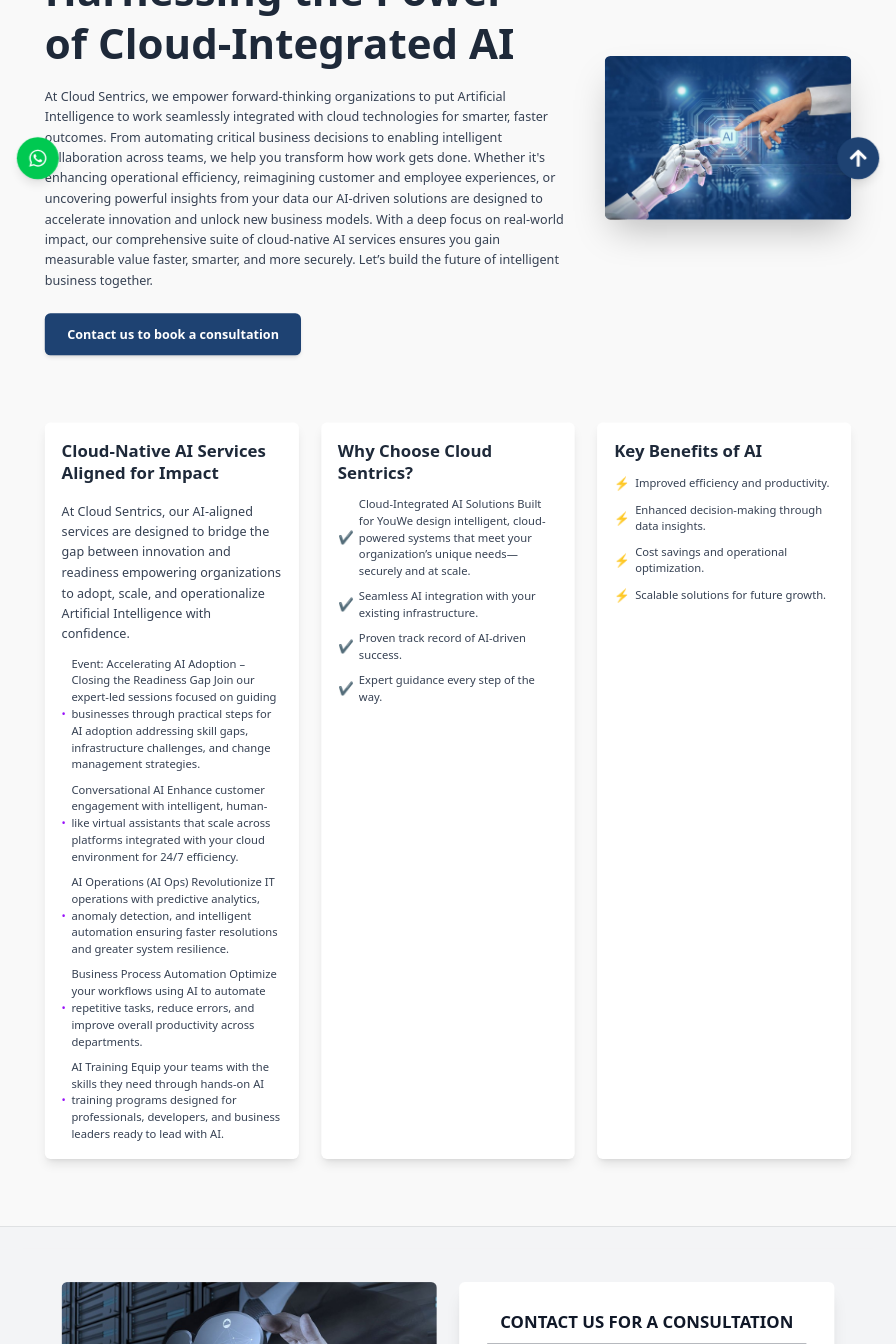
Repository: chykesure/cloudsentrics_
Page: /ai
An editor plug-in stored every save of this project. The page is shown before and after a run of saves, followed by the edit.
The browser window is 1280 px wide. The pictures show the part of the page from y = 432 to 2352 px (the page is 4520 px tall), at 70% of full size.
The page's requests for data from a server got no answer. The project was rebuilt for these pictures with package versions that can differ from the ones it lists, and the page was loaded fresh each time. No one was signed in, and anything a server would have sent is missing. Also part of the build but not shown: vite.config.js, src/pages/Header.jsx, src/pages/Footer.jsx, src/pages/students/Reviews.jsx, src/pages/students/Testimony.jsx, src/pages/students/TestimonyLanding.jsx, src/pages/LandingPage.jsx, src/pages/students/Header.jsx and 41 more.

Above is the page before, as saved 2025-04-09 20:19:30.

### src/index.css
@import "tailwindcss";

@keyframes zoomInOut {
    0% {
        transform: scale(1);
    }
    100% {
        transform: scale(1.1);
    }
}

.zoom-animation {
    animation: zoomInOut 5s infinite alternate ease-in-out;

}

### src/App.jsx
import { BrowserRouter as Router, Routes, Route } from "react-router-dom";
import LandingPage from "./pages/LandingPage";
import StudentPage from "./pages/students/StudentPage";
import AboutUs from "./pages/students/AboutUs/AboutUs";
import "./App.css";
import AWS from "./pages/students/courses/AWS";
import DevSecOps from "./pages/students/courses/DevSecOps";
import AZURE from "./pages/students/courses/AZURE";
import Blogs from "./pages/students/blogs/Blogs";
import EventsPage from "./pages/students/events/EventsPage";
import FloatsButtons from "./pages/FloatsButtons";
import PartnerPage from "./pages/partners/home/PartnerPage";
import Ai from "./pages/partners/menu/ai";
import CloudSecurity from "./pages/partners/menu/cloudsecurity";
import IOT from "./pages/partners/menu/iot";
import Technology from "./pages/partners/menu/technology";
import Workplace from "./pages/partners/menu/workplace";
import InsightMenu from "./pages/partners/main_menu/insight";
import NewsPage from "./pages/partners/main_menu/news";
import CaseStudy from "./pages/partners/main_menu/casestudy";
import AboutCloud from "./pages/partners/main_menu/aboutus";
import Careers from "./pages/partners/main_menu/careers";
import ContactUs from "./pages/partners/main_menu/contact";

function App() {
  return (
    <Router>
      <div className="flex flex-col min-h-screen">
        {/* Floating Buttons will always be visible */}
        <FloatsButtons />

        <div className="flex-grow pt-20"> {/* Adjust padding-top based on header height */}
          <Routes>

            {/* Student Section */}
            <Route path="/" element={<LandingPage />} />
            <Route path="/StudentPage" element={<StudentPage />} />
            <Route path="/about" element={<AboutUs />} />
            <Route path="/courses/AWS" element={<AWS />} />
            <Route path="/courses/Azure" element={<AZURE />} />
            <Route path="/courses/DevSecOps" element={<DevSecOps />} />
            <Route path="/blog" element={<Blogs />} />
            <Route path="/events" element={<EventsPage />} />

            {/* The Partner Section */}
            <Route path="/PartnerPage" element={<PartnerPage />} />
            <Route path="/ai" element={<Ai />} />
            <Route path="/cloud-security" element={<CloudSecurity />} />
            <Route path="/iot" element={<IOT />} />
            <Route path="/technology" element={<Technology />} />
            <Route path="/modern-workplace" element={<Workplace />} />
            <Route path="/insights" element={<InsightMenu />} />
            <Route path="/news" element={<NewsPage />} />
            <Route path="/case-studies" element={<CaseStudy />} />
            <Route path="/about-cloudsentrics" element={<AboutCloud />} />
            <Route path="/careers" element={<Careers />} />
            <Route path="/contact" element={<ContactUs />} />
          </Routes>
        </div>
      </div>
    </Router>
  );
}

export default App;

### src/pages/FloatsButtons.jsx
import { FaWhatsapp, FaArrowUp } from "react-icons/fa";
import { motion } from "framer-motion";

const FloatsButtons = () => {
    const scrollToTop = () => {
        window.scrollTo({ top: 0, behavior: "smooth" });
    };

    return (
        <>
            {/* Floating WhatsApp Button (Left) */}
            <motion.a
                href="https://wa.me/message/62QVNSESZ56FC1"
                target="_blank"
                rel="noopener noreferrer"
                className="fixed bottom-6 left-6 bg-green-500 text-white p-4 rounded-full shadow-lg flex items-center justify-center z-50"
                title="Chat with us on WhatsApp"
                animate={{ y: [0, -10, 0] }}
                transition={{ duration: 1.5, repeat: Infinity, repeatType: "reverse", ease: "easeInOut" }}
                whileHover={{ scale: 1.2 }}
            >
                <FaWhatsapp size={28} />
            </motion.a>

            {/* Floating Back to Top Button (Right) */}
            <motion.button
                onClick={scrollToTop}
                className="fixed bottom-6 right-6 bg-[#1e4272] text-white p-4 rounded-full shadow-lg flex items-center justify-center z-50"
                title="Back to Top"
                animate={{ y: [0, -10, 0] }}
                transition={{ duration: 1.5, repeat: Infinity, repeatType: "reverse", ease: "easeInOut" }}
                whileHover={{ scale: 1.2 }}
            >
                <FaArrowUp size={28} />
            </motion.button>
        </>
    );
};

export default FloatsButtons;

### src/pages/partners/menu/ai.jsx
import React from "react";
import Header from "../Header";
import { motion } from "framer-motion";
import { Link } from "react-router-dom";
import FormsPage from "./forms";
import RelatedServices from "./services";
import Footer from "../home/Footer";

const logo = "/assets/logo.jpg";
const aibg = "/assets/ai.jpg";

const Ai = () => {
    return (
        <div className="min-h-screen bg-[#0d1b2a] text-white">
            {/* Header Section */}
            <div className="flex justify-center px-6 md:px-12 py-6 bg-white shadow-lg w-full h-28 md:h-32 lg:h-40">
                <div className="flex items-center justify-between w-full max-w-[1200px] mx-auto h-full">

                    {/* Left: Logo and Branding - Fully Left-Aligned */}
                    <div className="absolute left-0 flex items-center w-auto h-full">
                        <Link to="/PartnerPage">
                            <img
                                src={logo}
                                alt="Cloudsentrics Logo"
                                className="h-20 md:h-28 lg:h-34 w-auto ml-9 transition-all duration-300"
                            />
                        </Link>
                    </div>

                    {/* Right: Navigation Menu - Centered */}
                    <motion.div
                        className="hidden md:flex flex-grow justify-center items-center space-x-6 lg:space-x-10 text-lg md:text-xl font-bold text-[#1e1e1e] tracking-wide h-full"
                        initial={{ opacity: 0, y: -10 }}
                        animate={{ opacity: 1, y: 0 }}
                        transition={{ duration: 0.6, ease: "easeOut" }}
                    >
                        {[
                            { label: "AI", path: "/ai" },
                            { label: "CLOUD & SECURITY", path: "/cloud-security" },
                            { label: "IOT", path: "/iot" },
                            { label: "MODERN WORKPLACE", path: "/modern-workplace" },
                            { label: "TECHNOLOGY", path: "/technology" }
                        ].map((item, index) => (
                            <Link key={index} to={item.path}>
                                <motion.span
                                    className="cursor-pointer transition-all duration-300 hover:text-blue-600 hover:scale-105 whitespace-nowrap"
                                    whileHover={{ scale: 1.1 }}
                                >
                                    {item.label}
                                </motion.span>
                            </Link>
                        ))}
                    </motion.div>

                </div>
            </div>



            <Header />

            {/* AI Section */}
            <section className="bg-[#f9f9f9] px-6 md:px-16 py-16 lg:py-24 grid grid-cols-1 lg:grid-cols-3 gap-12">
                {/* Left Text Content */}
                <div className="lg:col-span-2 animate__animated animate__fadeIn flex-shrink-0 space-y-6">
                    {/* Heading Section */}
                    <div className="text-center lg:text-left">
                        <h3 className="text-lg font-medium text-gray-500 uppercase tracking-wide">Artificial Intelligence</h3>
                        <h1 className="text-4xl md:text-5xl lg:text-6xl font-bold leading-tight mt-4 text-gray-800">
                            Harnessing the Power <br />  of Cloud-Integrated AI
                        </h1>
                    </div>

                    {/* Paragraph Content */}
                    <p className="text-lg text-gray-700 mt-6 leading-relaxed">
                        At Cloud Sentrics, we empower forward-thinking organizations to put Artificial Intelligence to work seamlessly integrated with cloud technologies for smarter, faster outcomes.

                        From automating critical business decisions to enabling intelligent collaboration across teams, we help you transform how work gets done. Whether it's enhancing operational efficiency, reimagining customer and employee experiences, or uncovering powerful insights from your data our AI-driven solutions are designed to accelerate innovation and unlock new business models.

                        With a deep focus on real-world impact, our comprehensive suite of cloud-native AI services ensures you gain measurable value faster, smarter, and more securely.

                        Let’s build the future of intelligent business together.
                    </p>

                    {/* Call to Action Button */}
                    <div className="flex justify-center lg:justify-start mt-8">
                        <a
                            href="#"
                            className="bg-[#1e4272] text-white text-center py-4 px-8 rounded-lg font-semibold text-lg shadow-md hover:bg-purple-800 hover:scale-105 transition duration-300 ease-in-out transform hover:translate-y-1 w-full md:w-auto"
                        >
                            Contact us to book a consultation
                        </a>
                    </div>
                </div>


                {/* Right AI Image */}
                <div className="lg:col-span-1 flex justify-center items-center flex-shrink-0">
                    <motion.img
                        src={aibg}
                        alt="AI Representation"
                        className="w-full max-w-lg rounded-lg shadow-2xl"
                        animate={{ y: [0, -10, 0] }}
                        transition={{ duration: 1.5, repeat: Infinity, ease: "easeInOut" }}
                    />
                </div>

                {/* Bottom Section */}
                <div className="lg:col-span-3 flex flex-col gap-6 w-full">

                    {/* Grid Content */}
                    <div className="grid grid-cols-1 md:grid-cols-2 lg:grid-cols-3 gap-8 mt-12 w-full">
                        {/* Aligned Services */}
                        <div className="bg-white p-6 rounded-lg shadow-lg border-gray-200 hover:scale-105 hover:shadow-xl flex-shrink-0 w-full">
                            <h4 className="text-2xl font-semibold text-gray-800">Cloud-Native AI Services Aligned for Impact</h4>
                            <p className="text-lg text-gray-700 mt-6 leading-relaxed">
                                At Cloud Sentrics, our AI-aligned services are designed to bridge the gap between innovation and readiness empowering organizations to adopt, scale, and operationalize Artificial Intelligence with confidence.
                            </p>
                            <ul className="mt-4 space-y-3 text-gray-700">
                                {[
                                    "Event: Accelerating AI Adoption – Closing the Readiness Gap Join our expert-led sessions focused on guiding businesses through practical steps for AI adoption addressing skill gaps, infrastructure challenges, and change management strategies.",
                                    "Conversational AI Enhance customer engagement with intelligent, human-like virtual assistants that scale across platforms integrated with your cloud environment for 24/7 efficiency.",
                                    "AI Operations (AI Ops) Revolutionize IT operations with predictive analytics, anomaly detection, and intelligent automation ensuring faster resolutions and greater system resilience.",
                                    "Business Process Automation Optimize your workflows using AI to automate repetitive tasks, reduce errors, and improve overall productivity across departments.",
                                    "AI Training Equip your teams with the skills they need through hands-on AI training programs designed for professionals, developers, and business leaders ready to lead with AI."
                                ].map((service, index) => (
                                    <li key={index} className="flex items-center space-x-2">
                                        <span className="text-purple-600">•</span>
                                        <span>{service}</span>
                                    </li>
                                ))}
                            </ul>
                        </div>

                        {/* Why Choose Us? */}
                        <div className="bg-white p-6 rounded-lg shadow-lg border-gray-200 hover:scale-105 hover:shadow-xl flex-shrink-0 w-full">
                            <h4 className="text-2xl font-semibold text-gray-800">Why Choose Cloud Sentrics?</h4>
                            <ul className="mt-4 space-y-3 text-gray-700">
                                {[
                                    "Cloud-Integrated AI Solutions Built for YouWe design intelligent, cloud-powered systems that meet your organization’s unique needs—securely and at scale.",
                                    "Seamless AI integration with your existing infrastructure.",
                                    "Proven track record of AI-driven success.",
                                    "Expert guidance every step of the way."
                                ].map((reason, index) => (
                                    <li key={index} className="flex items-center space-x-2">
                                        <span className="text-green-600 text-lg">✔</span>
                                        <span>{reason}</span>
                                    </li>
                                ))}
                            </ul>
                        </div>

                        {/* Key Benefits of AI */}
                        <div className="bg-white p-6 rounded-lg shadow-lg border-gray-200 hover:scale-105 hover:shadow-xl flex-shrink-0 w-full">
                            <h4 className="text-2xl font-semibold text-gray-800">Key Benefits of AI</h4>
                            <ul className="mt-4 space-y-3 text-gray-700">
                                {[
                                    "Improved efficiency and productivity.",
                                    "Enhanced decision-making through data insights.",
                                    "Cost savings and operational optimization.",
                                    "Scalable solutions for future growth."
                                ].map((benefit, index) => (
                                    <li key={index} className="flex items-center space-x-2">
                                        <span className="text-blue-600 text-lg">⚡</span>
                                        <span>{benefit}</span>
                                    </li>
                                ))}
                            </ul>
                        </div>
                    </div>
                </div>
            </section>

            <section className="px-4 sm:px-6 md:px-6 lg:px-8 py-8 bg-gray-100">
                <FormsPage />
            </section>

            <section className="px-4 sm:px-6 md:px-6 lg:px-8 py-8 bg-gray-100">
                <RelatedServices />
            </section>

            {/* Footer Section */}
            <section className="px-0 sm:px-0 md:px-0 lg:px-0 py-8 bg-gray-100 w-full">
                <Footer />
            </section>

        </div>
    );
};

export default Ai;

### src/pages/partners/home/Footer.jsx
import React from 'react';
import { FaLinkedin, FaXTwitter, FaInstagram } from 'react-icons/fa6';
import { Link } from 'react-router-dom';

function Footer() {
    return (
        <footer className="bg-white text-black py-6 border-t border-gray-300 text-sm w-full">
            <div className="w-full px-6 lg:px-12">
                {/* Main Footer Section */}
                <div className="flex flex-col md:flex-row justify-between items-center text-center md:text-left">
                    <h3 className="font-bold text-lg text-blue-900">Powering Cloud-Integrated Digital Transformation</h3>

                    {/* Social Icons */}
                    <div className="flex space-x-4 mt-4 md:mt-0">
                        <a href="https://www.linkedin.com/posts/cloud-sentrics_cloud-sentrics-linkedin-activity-7291379079860117505-ve54?utm_source=share&utm_medium=member_android" target="_blank" rel="noopener noreferrer" className="text-gray-600 hover:text-black">
                            <FaLinkedin size={20} />
                        </a>
                        <a href="https://x.com/CloudSentrics" target="_blank" rel="noopener noreferrer" className="text-gray-600 hover:text-black">
                            <FaXTwitter size={20} />
                        </a>
                        <a href="https://www.instagram.com/cloudsentrics/" target="_blank" rel="noopener noreferrer" className="text-gray-600 hover:text-black">
                            <FaInstagram size={20} />
                        </a>
                    </div>
                </div>

                {/* Footer Links */}
                <div className="mt-4 text-center md:text-left">
                    <p>© {new Date().getFullYear()} All rights reserved |
                        <Link to="#" className="ml-2 hover:text-blue-600">Privacy Notice</Link> |
                        <Link to="#" className="ml-2 hover:text-blue-600">Terms & Conditions</Link> |
                        <Link to="#" className="ml-2 hover:text-blue-600">Website T&Cs</Link> |
                        <Link to="#" className="ml-2 hover:text-blue-600">Cookies Policy</Link> |
                        <Link to="#" className="ml-2 hover:text-blue-600">Anti-Slavery Policy</Link> |
                        <Link to="#" className="ml-2 hover:text-blue-600">Sitemap</Link> |
                        <Link to="#" className="ml-2 hover:text-blue-600">Learn more</Link>
                    </p>
                </div>
            </div>
        </footer>
    );
}

export default Footer;

### src/pages/partners/menu/services.jsx
import React from "react";
import { motion } from "framer-motion";

const ai_trainning = "/assets/ai_trainning.jpg";
const ai_conversation = "/assets/ai_conversation.jpg";
const ai_ops = "/assets/ai_ops.jpg";
const bpa = "/assets/bpa.jpg";

const RelatedServices = () => {
    const services = [
        {
            title: "Conversational AI",
            description:
                "Boost engagement and productivity with a next generation customer experience",
            image: ai_conversation,
        },
        {
            title: "AI Ops",
            description:
                "Ensure resilience and prevent and resolve incidents with AIOps",
            image: ai_ops,
        },
        {
            title: "Business Process Automation",
            description:
                "Accelerate how work gets done and amplify digital efficiencies",
            image: bpa,
        },
        {
            title: "AI Training",
            description:
                "Discover the true business value of artificial intelligence",
            image: ai_trainning,
        },
    ];

    return (
        <section className="py-12 bg-gray-100">
            <div className="container mx-auto px-6 text-center">
                <h2 className="text-3xl font-bold text-gray-900 mb-6">
                    Related Services
                </h2>
                <div className="w-16 h-1 bg-blue-600 mx-auto mb-8"></div>
                <div className="grid grid-cols-1 md:grid-cols-2 lg:grid-cols-4 gap-8">
                    {services.map((service, index) => (
                        <motion.div
                            key={index}
                            className="relative bg-white rounded-lg shadow-lg overflow-hidden min-h-[400px]"
                            whileHover={{ scale: 1.05, y: -5 }}
                            transition={{ type: "spring", stiffness: 200, damping: 10 }}
                        >
                            <img
                                src={service.image}
                                alt={service.title}
                                className="w-full h-64 md:h-80 object-cover"
                            />
                            <div className="p-6">
                                <h3 className="text-xl font-semibold text-gray-800 mb-2">
                                    {service.title}
                                </h3>
                                <p className="text-gray-600">{service.description}</p>
                            </div>
                        </motion.div>
                    ))}
                </div>
            </div>
        </section>
    );
};

export default RelatedServices;

Loaded but not shown: index.html (common file); src/main.jsx (common file); src/pages/students/AboutUs/AboutUs.jsx (399 lines, source omitted); src/pages/partners/menu/forms.jsx (209 lines, source omitted); src/pages/partners/Header.jsx (114 lines, source omitted)

After the next 4 saves:
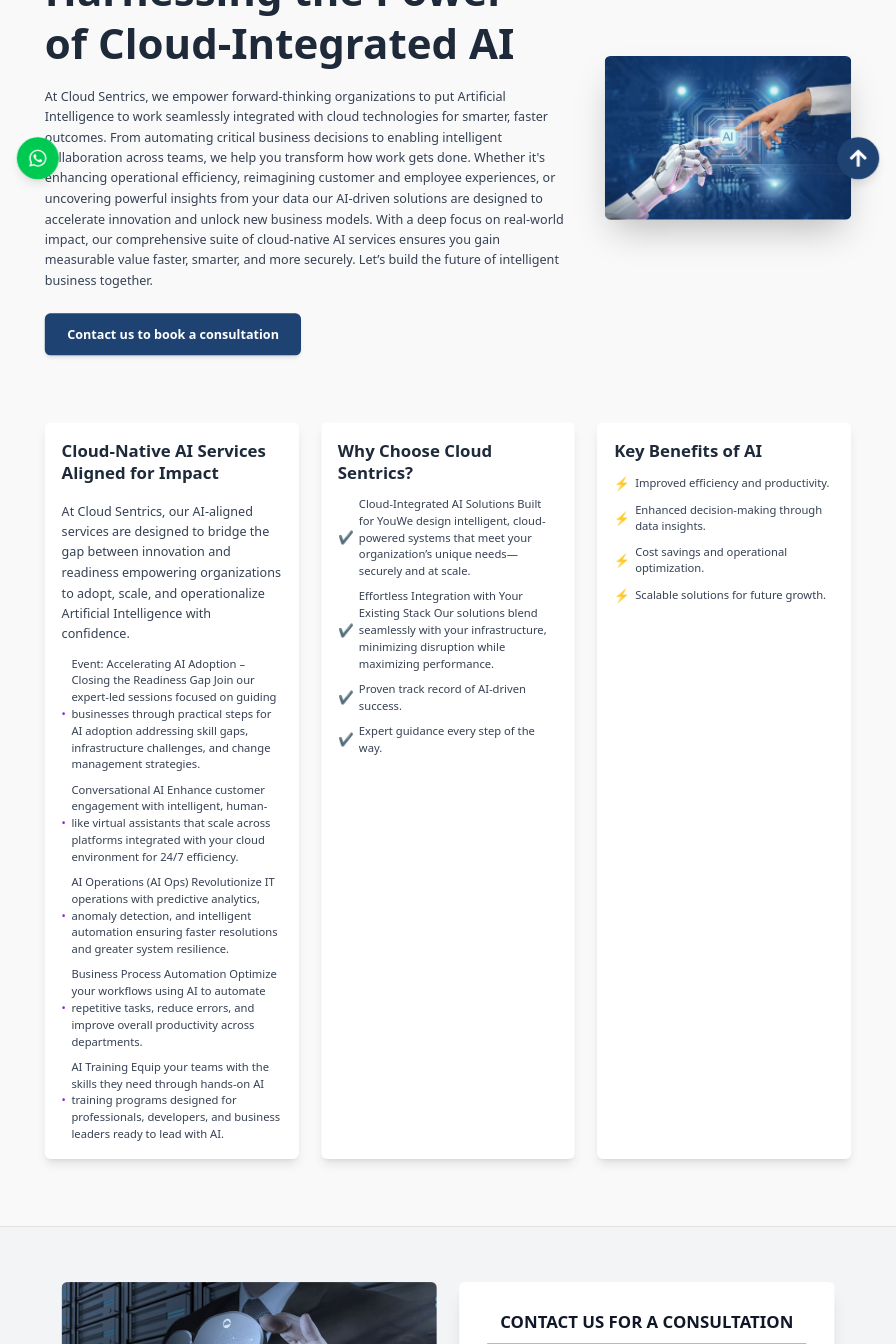
The 4 saves are shown as one change because they came seconds apart.
The last was saved 18 s later.
--- a/src/pages/partners/menu/ai.jsx
+++ b/src/pages/partners/menu/ai.jsx
@@ -138,7 +138,7 @@
                             <ul className="mt-4 space-y-3 text-gray-700">
                                 {[
                                     "Cloud-Integrated AI Solutions Built for YouWe design intelligent, cloud-powered systems that meet your organization’s unique needs—securely and at scale.",
-                                    "Seamless AI integration with your existing infrastructure.",
+                                    "Effortless Integration with Your Existing Stack Our solutions blend seamlessly with your infrastructure, minimizing disruption while maximizing performance.",
                                     "Proven track record of AI-driven success.",
                                     "Expert guidance every step of the way."
                                 ].map((reason, index) => (
